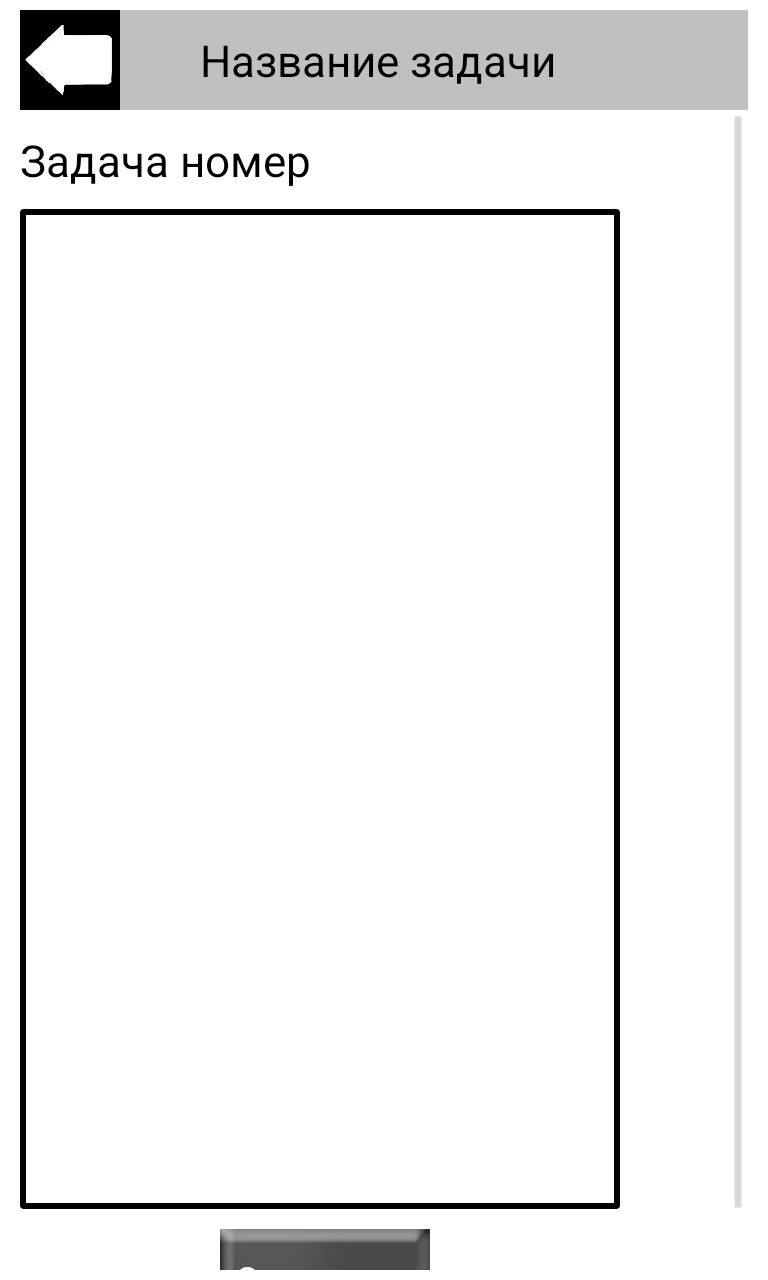
Repository: webguild/RedmineMobile
Layout: Android/RedmineAndroid/res/layout/project_task_edit.xml
An editor plug-in stored every save of this project. The layout is shown before and after the next save, followed by the edit.
It is drawn on a 768 x 1280 px phone screen (xhdpi) without system bars, with theme AppTheme; the app's code is not run. Lists and similar views that code fills are empty.

Above is the layout before, as saved 2013-01-21 15:17:14.

After the next save:
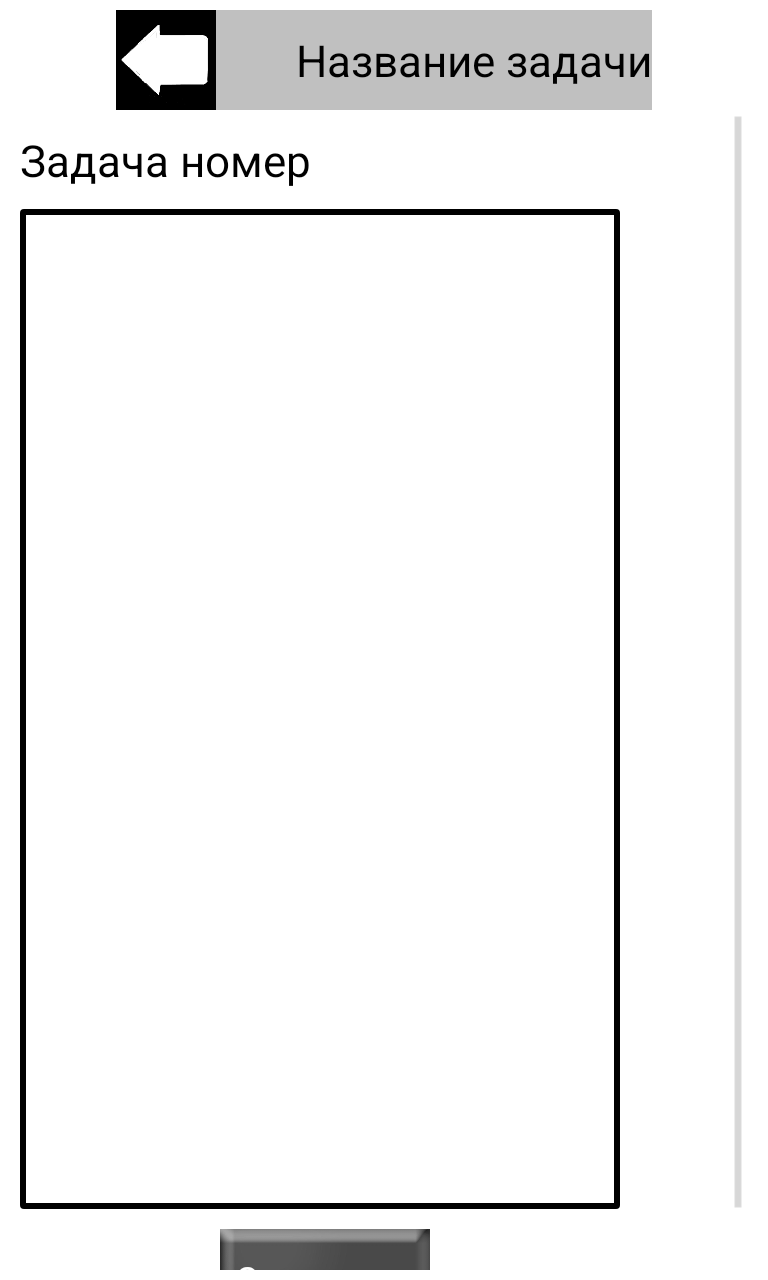
Saved 62 s later.
--- a/Android/RedmineAndroid/res/layout/project_task_edit.xml
+++ b/Android/RedmineAndroid/res/layout/project_task_edit.xml
@@ -10,8 +10,9 @@
     android:paddingTop="5dp" >
 
     <LinearLayout
-        android:layout_width="match_parent"
+        android:layout_width="wrap_content"
         android:layout_height="wrap_content"
+        android:layout_gravity="center"
         android:background="#C0C0C0" >
 
         <Button
